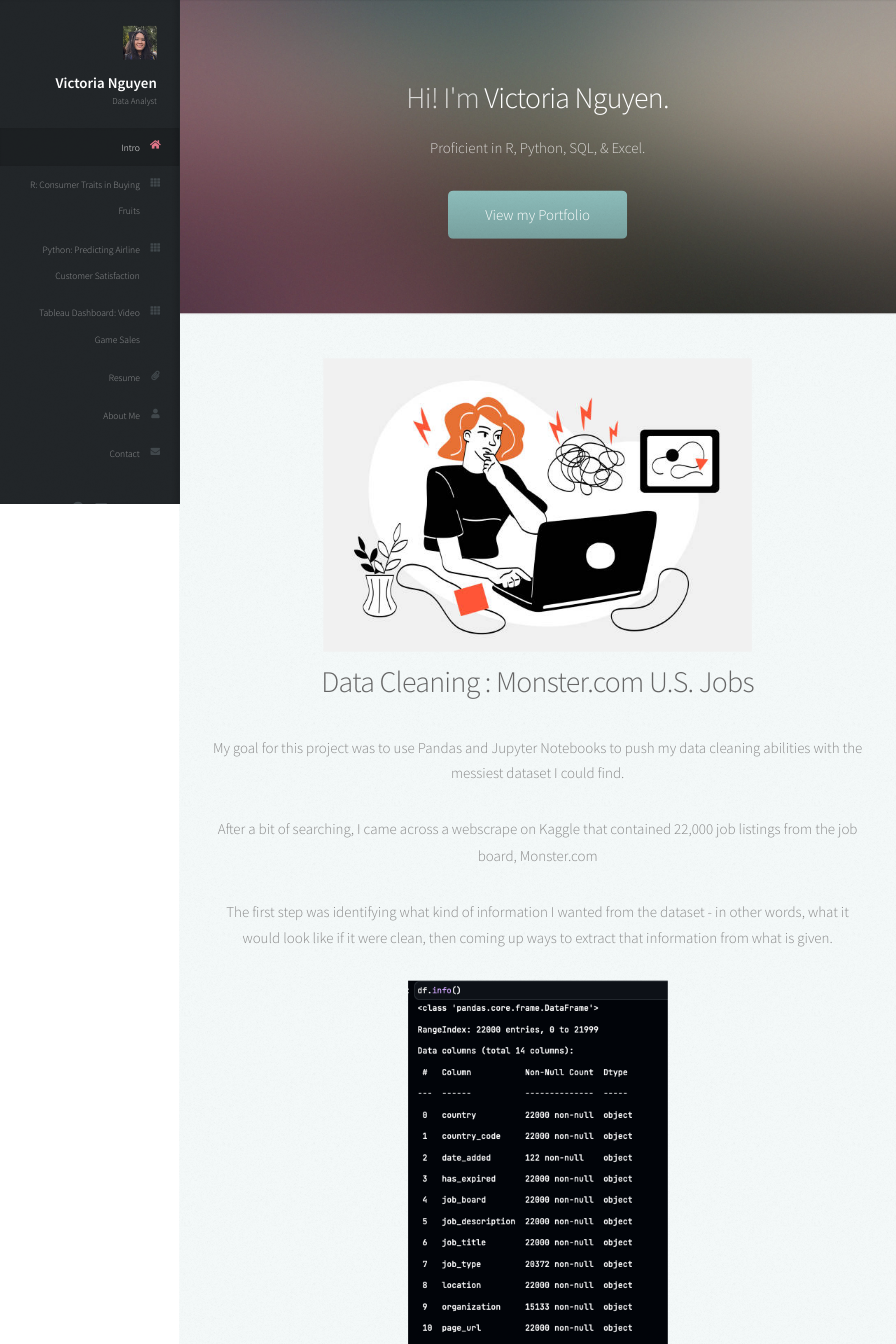
Repository: VictoriaTCNguyen/VictoriaTCNguyen
Page: index.html
An editor plug-in stored every save of this project. The page is shown before and after the next save, followed by the edit.
The browser window is 1280 px wide. The pictures show the part of the page from y = 0 to 1920 px (the page is 12207 px tall before and 5080 px after), at 70% of full size.

Above is the page before, as saved 2023-08-21 10:48:58.

### index.html
<!DOCTYPE HTML>
<!--
	Prologue by HTML5 UP
	html5up.net | @ajlkn
	Free for personal and commercial use under the CCA 3.0 license (html5up.net/license)
-->
<html>
	<head>
		<title>Victoria Nguyen's Portfolio </title>
		<meta charset="utf-8" />
		<meta name="viewport" content="width=device-width, initial-scale=1, user-scalable=no" />
		<link rel="stylesheet" href="assets/css/main.css" />
		<link rel="icon" href="/images/woman-technologist-light-skin-tone_1f469-1f3fb-200d-1f4bb.png">
	</head>
	<body class="is-preload">

		<!-- Header -->
			<div id="header">

				<div class="top">

					<!-- Logo -->
						<div id="logo">
							<span class="image avatar48"><img src="images/VN_LinkedIn.jpg" alt="" /></span>
							<h1 id="title">Victoria Nguyen</h1>
							<p>Data Analyst</p>
						</div>

					<!-- Nav -->
						<nav id="nav">
							<ul>
								<li><a href="#top" id="top-link"><span class="icon solid fa-home">Intro</span></a></li>
								<li><a href="#portfolio2" id="portfolio-link"><span class="icon solid fa-th">R: Consumer Traits in Buying Fruits </span></a></li>
								<li><a href="#portfolio3" id="portfolio-link"><span class="icon solid fa-th">Python: Predicting Airline Customer Satisfaction</span></a></li>
								<li><a href="#portfolio4" id="portfolio-link"><span class="icon solid fa-th">Tableau Dashboard: Video Game Sales </span></a></li>
								<li><a href="#resume" id="resume-link"><span class="icon solid fa-paperclip">Resume</span></a></li>
								<li><a href="#about" id="about-link"><span class="icon solid fa-user">About Me</span></a></li>
								<li><a href="#contact" id="contact-link"><span class="icon solid fa-envelope">Contact</span></a></li>
							</ul>
						</nav>

				</div>

				<div class="bottom">

					<!-- Social Icons -->
						<ul class="icons">
							<li><a href="#" class="icon brands fa-github"><span class="label">Github</span></a></li>
							<li><a href="#" class="icon solid fa-envelope"><span class="label">Email</span></a></li>
						</ul>

				</div>

			</div>

		<!-- Main -->
			<div id="main">

				<!-- Intro -->
					<section id="top" class="one dark cover">
						<div class="container">

							<header>
								<h2 class="alt">Hi! I'm <strong>Victoria Nguyen.</strong> </h2>
								<p>Proficient in R, Python, SQL, & Excel.</p>
							</header>

							<footer>
								<a href="#portfolio" class="button scrolly">View my Portfolio</a>
							</footer>

						</div>
					</section>


				<!-- Portfolio1 -->
				<section id="portfolio" class="two">
					<div class="container">

						<header>
							<img src="images/istockphoto-1411855202-612x612.jpg" alt="Image of Kaggle dataset">
							<h2>Data Cleaning : Monster.com U.S. Jobs</h2>
						</header>

						<div class="center">
							<div class="col-4 col-12-mobile">

								<p> My goal for this project was to use Pandas and Jupyter Notebooks to push my data cleaning abilities with the messiest
									dataset I could find.</p>

								<p> After a bit of searching, I came across a webscrape on Kaggle that contained 22,000 job listings from the job board,
									Monster.com</p>

								<p> The first step was identifying what kind of information I wanted from the dataset - in other words, what it would look
									like if it were clean, then coming up ways to extract that information from what is given. </p>

								<img src="images/1a.png" alt="">

								<p>Upon initial investigation, I found that job descriptions could be found in the location and salary columns, locations
									could be found in the organization column, some entries had the same information copied into every single column, salaries
									were being entered as hourly wages, and some just had useless or nonsensical entries.  </p>

									<img src="images/1c.png" alt="">

								<p>The first issue I decided to tackle was the one I see most commonly in datasets: that multiple variables are being put into
									 the same column and need to be parsed into their own, proper variables. The ‘job_types’ variable had two separate ways of
									 distinguishing jobs from each other: full time vs. part time, and contract vs. employee. Other than that, this column was
									 nicely formatted and all I needed to do was pull the right substrings from each of them. </p>

								<img src="images/1b.png" alt="">

								<p>Next, I tackled the locations column, which quickly proved to be the most difficult.  A good chunk of these were just entire
									 job descriptions pasted in. My first idea was to shave off unwanted entries. As far as I’m aware, most location names
									 could be spelled out in 50 characters or less. In addition, if an entire job description was pasted into this column,
									  there would usually be a title, so I also searched for “Location:” in the longer entries. </p>

								<img src="images/1d.png" alt="">

								<p>After extracting the location from each of the job entries, I decided to pull the state & zip code from each location. </p>

								<img src="images/1e.png" alt="">

								<p>I then ran into an unexpected issue. Because state names are entered either by spelling out their full name or by their two
									letter abbreviation, I thought I could simply search for any substring containing the abbreviated state names. However,
									 many job descriptions would use capital letters in one way or another - whether it was the entire job description being
									 capitalized or using capitalization to emphasize whole words or titles. Either way, I had to find a way around it. Thus,
									  I used regex to find the two capital letters together with non-capital characters before and after.
								</p>
								<img src="images/1f.png" alt="">

								<p>Now that the states were sorted, I moved onto the zipcodes. Thankfully, from the previous step, I was able to tinker with
									a regex and similarly used one to pull strings containing five consecutive digits. This also kept me from accidentally
									pulling any phone numbers that made it into this column. </p>

								<img src="images/1g.png" alt="">

								<p>The last bulk of my work was fixing the salary column. I had my work set out for me because I could see that it was a
									jumble of salaries, hourly wages, vague descriptions of what their compensation might be, or just other benefits that
									didn’t help candidates understand what pay they should be expecting. </p>

								<img src="images/1h.png" alt="">

								<p>I extracted all entries that mentioned “yearly” and “hourly”, and swapped the hourly salaries that were too outrageous
									 to be true to yearly salaries, and vice-versa. I then shaved off excess characters to get plain numbers, then converted
									 hourly wages to salaries. </p>

								<img src="images/1i.png" alt="">

								<p> Finally, the data was ready to be analyzed.</p>

								<img src="images/1j.png" alt="">

								<p></a></p>
							</div>
						</div>

					</div>
				</section>

				<!-- Portfolio2 -->
				<section id="portfolio2" class="two">
					<div class="container">

						<header>
							<h2>Consumer Traits in Buying Fruits</h2>
						</header>

						<p>
							The following is a presentation for STAT 167: Introduction to Data Science, where my partners and I conducted analysis on
							the consumer traits in relation to buying fruit.
						</p>

						<p>

							This involved using ANOVA, Kruskall Wallis, and chi-squared testing, as well as using logistic regression to find which characteristics
							are important when observing which customers purchased more fruit.

							<object data="/images/CustomerTraits in Purchasing Fruits.pdf" type="application/pdf" width="100%" height="500px">
								<p>Unable to display PDF file. <a href="/images/CustomerTraits in Purchasing Fruits.pdf">Download</a> instead.</p>
							  </object>

						</p>

						<div class="center" style = text-align:left;>
							<div class="col-4 col-12-mobile">

							</div>
						</div>

					</div>
				</section>

				<!-- Portfolio3 -->
				<section id="portfolio3" class="two">
					<div class="container">

						<header>
							<img src="/images/air-flights-concept-people-exit-from-airplane-go-towards-airport-terminal-group-business-people-tourists-with-luggage-men-women-near-arrived-plane-cartoon-flat-vector-illustration_165932-136.avif"
							alt="Image of Kaggle dataset"
							width="800"
     						height="400">
							<h2>Predicting Airline Customer Satisfaction</h2>
						</header>

						<p>
							In this project, I wanted to explore airline customer satisfaction data in hopes to gain a further understanding of
							what kind of information air travel businesses are interested in as well as further practicing my capabilities with data visualization
							and machine learning in Python.
						</p>

						<object data="/images/PredictingAirlineCustomerSatisfaction.pdf" type="application/pdf" width="100%" height="500px">
							<p>Unable to display PDF file. <a href="/images/PredictingAirlineCustomerSatisfaction.pdf">Download</a> instead.</p>
						  </object>

						<div class="center" style = text-align:left;>
							<div class="col-4 col-12-mobile">

							</div>
						</div>

					</div>
				</section>

				<!-- Portfolio4 -->
				<section id="portfolio4" class="two">
					<div class="container">

						<header>
							<img src="/images/istockphoto-1366567982-612x612.jpg" alt="Image of Kaggle dataset">
							<h2>Tableau Dashboard: Video Game Sales</h2>
						</header>

						<p> Video games have been a passion of mine since I was young. Even as I got older and took on more responsibilities that kept me from gaming with my
							brothers for hours, I would still keep an eye on what games were coming out to see what we would play next.
						</p>

						<p>
							Having played games for so long, I have basically watched the gaming landscape change around me throughout my life. I saw consoles come and go, huge
							companies merge,
							 and trends change between different genres and monetization methods.</p>

						<p>
							Because of this, I decided I wanted to make a dashboard that almost acted like an interactive time capsule for video games.
							While it lacks the context that a full timeline could provide, this dashboard allows the user to more easily visualize how
							video game sales for certain titles and categories compared to others during their release.
						</p>

						<p>
							To allow users to refine the results to their own interests, I made it so the dashboard could be filtered by different date
							frames, publishers, and game genres to get a better look at what was popular during different eras, rather than just an overall look at sales.
						</p>

						<p><div class='tableauPlaceholder' id='viz1686099189806' style='position: relative'><noscript><a href='#'><img alt='Dashboard 1 ' src='https:&#47;&#47;public.tableau.com&#47;static&#47;images&#47;VG&#47;VGSales_16860990043510&#47;Dashboard1&#47;1_rss.png' style='border: none' /></a></noscript><object class='tableauViz'  style='display:none;'><param name='host_url' value='https%3A%2F%2Fpublic.tableau.com%2F' /> <param name='embed_code_version' value='3' /> <param name='site_root' value='' /><param name='name' value='VGSales_16860990043510&#47;Dashboard1' /><param name='tabs' value='no' /><param name='toolbar' value='yes' /><param name='static_image' value='https:&#47;&#47;public.tableau.com&#47;static&#47;images&#47;VG&#47;VGSales_16860990043510&#47;Dashboard1&#47;1.png' /> <param name='animate_transition' value='yes' /><param name='display_static_image' value='yes' /><param name='display_spinner' value='yes' /><param name='display_overlay' value='yes' /><param name='display_count' value='yes' /><param name='language' value='en-US' /><param name='filter' value='publish=yes' /></object></div>                <script type='text/javascript'>                    var divElement = document.getElementById('viz1686099189806');                    var vizElement = divElement.getElementsByTagName('object')[0];                    if ( divElement.offsetWidth > 800 ) { vizElement.style.width='1000px';vizElement.style.height='1227px';} else if ( divElement.offsetWidth > 500 ) { vizElement.style.width='1000px';vizElement.style.height='1227px';} else { vizElement.style.width='100%';vizElement.style.height='1577px';}                     var scriptElement = document.createElement('script');                    scriptElement.src = 'https://public.tableau.com/javascripts/api/viz_v1.js';                    vizElement.parentNode.insertBefore(scriptElement, vizElement);                </script></p>

						<div class="center" style = text-align:left;>
							<div class="col-4 col-12-mobile">

							</div>
						</div>

					</div>
				</section>

				<!-- Resume -->
				<section id="resume" class="three">
					<div class="container">

						<header>
							<h2><a href="images/VN_Resume.pdf" download>Click here to download my resume!</a></h2>
						</header>


					</div>
				</section>

				<!-- About Me -->
					<section id="about" class="three">
						<div class="container">

							<header>
								<h2>About Me</h2>
							</header>



							<p>

								<a href="#" class="image featured"><img src="images/Victoria_Osaka2.jpg"
									alt="Me in Osaka, April 2023. I was lucky enough to visit while the cherry blossoms were in full bloom!"/>
								</a>

								My name is Victoria Nguyen. Data analysis and vizualition are just two of the many things I'm passionate about.
								Whether I'm using spreadsheets to optimize my workout routine or using it to observe consumer habits,
								I love using data to enhance the way I look at the world.
							</p>

							<p>
								Outside of data analytics, I love to travel, cook, discuss all things media, play video games,
								 & live an active lifestyle.
							</p>

						</div>
					</section>

				<!-- Contact -->
					<section id="contact" class="four">
						<div class="container">

							<header>
								<h2>Contact</h2>
							</header>

							<p>
								You can contact me through my email: victoriatcnguyen@gmail.com
							</p>
							<p></p>
								Alternatively, you can connect with me through these links: <a href="https://github.com/VictoriaTCNguyen">GitHub</a>, <a href="https://www.linkedin.com/in/victoriatcnguyen/">LinkedIn</a>.
							</p>

						</div>
					</section>

			</div>

		<!-- Footer -->
			<div id="footer">

				<!-- Copyright -->
					<ul class="copyright">
						<li>&copy; Untitled. All rights reserved.</li><li>Design: <a href="http://html5up.net">HTML5 UP</a></li>
					</ul>

			</div>

		<!-- Scripts -->
			<script src="assets/js/jquery.min.js"></script>
			<script src="assets/js/jquery.scrolly.min.js"></script>
			<script src="assets/js/jquery.scrollex.min.js"></script>
			<script src="assets/js/browser.min.js"></script>
			<script src="assets/js/breakpoints.min.js"></script>
			<script src="assets/js/util.js"></script>
			<script src="assets/js/main.js"></script>

	</body>
</html>

Loaded but not shown: assets/css/fontawesome-all.min.css (library); assets/js/jquery.min.js (library); assets/js/jquery.scrolly.min.js (common file); assets/js/jquery.scrollex.min.js (common file); assets/js/browser.min.js (common file); assets/js/breakpoints.min.js (common file); assets/js/util.js (587 lines, source omitted); assets/js/main.js (123 lines, source omitted); assets/css/main.css (2633 lines, source omitted)

After the next save:
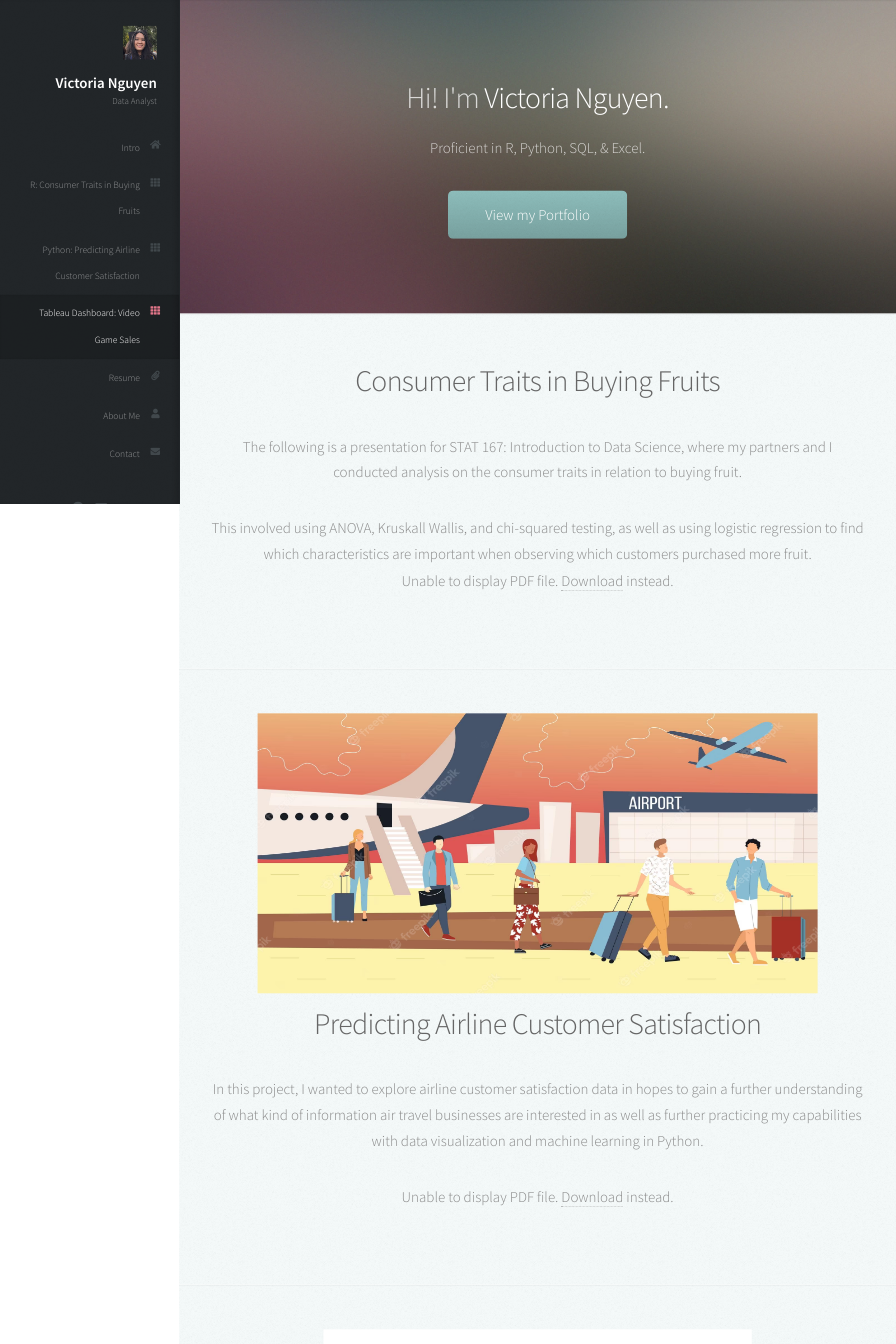
Saved 17 s later.
--- a/index.html
+++ b/index.html
@@ -73,90 +73,6 @@
 					</section>
 
 
-				<!-- Portfolio1 -->
-				<section id="portfolio" class="two">
-					<div class="container">
-
-						<header>
-							<img src="images/istockphoto-1411855202-612x612.jpg" alt="Image of Kaggle dataset">
-							<h2>Data Cleaning : Monster.com U.S. Jobs</h2>
-						</header>
-
-						<div class="center">
-							<div class="col-4 col-12-mobile">
-
-								<p> My goal for this project was to use Pandas and Jupyter Notebooks to push my data cleaning abilities with the messiest
-									dataset I could find.</p>
-
-								<p> After a bit of searching, I came across a webscrape on Kaggle that contained 22,000 job listings from the job board,
-									Monster.com</p>
-
-								<p> The first step was identifying what kind of information I wanted from the dataset - in other words, what it would look
-									like if it were clean, then coming up ways to extract that information from what is given. </p>
-
-								<img src="images/1a.png" alt="">
-
-								<p>Upon initial investigation, I found that job descriptions could be found in the location and salary columns, locations
-									could be found in the organization column, some entries had the same information copied into every single column, salaries
-									were being entered as hourly wages, and some just had useless or nonsensical entries.  </p>
-
-									<img src="images/1c.png" alt="">
-
-								<p>The first issue I decided to tackle was the one I see most commonly in datasets: that multiple variables are being put into
-									 the same column and need to be parsed into their own, proper variables. The ‘job_types’ variable had two separate ways of
-									 distinguishing jobs from each other: full time vs. part time, and contract vs. employee. Other than that, this column was
-									 nicely formatted and all I needed to do was pull the right substrings from each of them. </p>
-
-								<img src="images/1b.png" alt="">
-
-								<p>Next, I tackled the locations column, which quickly proved to be the most difficult.  A good chunk of these were just entire
-									 job descriptions pasted in. My first idea was to shave off unwanted entries. As far as I’m aware, most location names
-									 could be spelled out in 50 characters or less. In addition, if an entire job description was pasted into this column,
-									  there would usually be a title, so I also searched for “Location:” in the longer entries. </p>
-
-								<img src="images/1d.png" alt="">
-
-								<p>After extracting the location from each of the job entries, I decided to pull the state & zip code from each location. </p>
-
-								<img src="images/1e.png" alt="">
-
-								<p>I then ran into an unexpected issue. Because state names are entered either by spelling out their full name or by their two
-									letter abbreviation, I thought I could simply search for any substring containing the abbreviated state names. However,
-									 many job descriptions would use capital letters in one way or another - whether it was the entire job description being
-									 capitalized or using capitalization to emphasize whole words or titles. Either way, I had to find a way around it. Thus,
-									  I used regex to find the two capital letters together with non-capital characters before and after.
-								</p>
-								<img src="images/1f.png" alt="">
-
-								<p>Now that the states were sorted, I moved onto the zipcodes. Thankfully, from the previous step, I was able to tinker with
-									a regex and similarly used one to pull strings containing five consecutive digits. This also kept me from accidentally
-									pulling any phone numbers that made it into this column. </p>
-
-								<img src="images/1g.png" alt="">
-
-								<p>The last bulk of my work was fixing the salary column. I had my work set out for me because I could see that it was a
-									jumble of salaries, hourly wages, vague descriptions of what their compensation might be, or just other benefits that
-									didn’t help candidates understand what pay they should be expecting. </p>
-
-								<img src="images/1h.png" alt="">
-
-								<p>I extracted all entries that mentioned “yearly” and “hourly”, and swapped the hourly salaries that were too outrageous
-									 to be true to yearly salaries, and vice-versa. I then shaved off excess characters to get plain numbers, then converted
-									 hourly wages to salaries. </p>
-
-								<img src="images/1i.png" alt="">
-
-								<p> Finally, the data was ready to be analyzed.</p>
-
-								<img src="images/1j.png" alt="">
-
-								<p></a></p>
-							</div>
-						</div>
-
-					</div>
-				</section>
-
 				<!-- Portfolio2 -->
 				<section id="portfolio2" class="two">
 					<div class="container">
